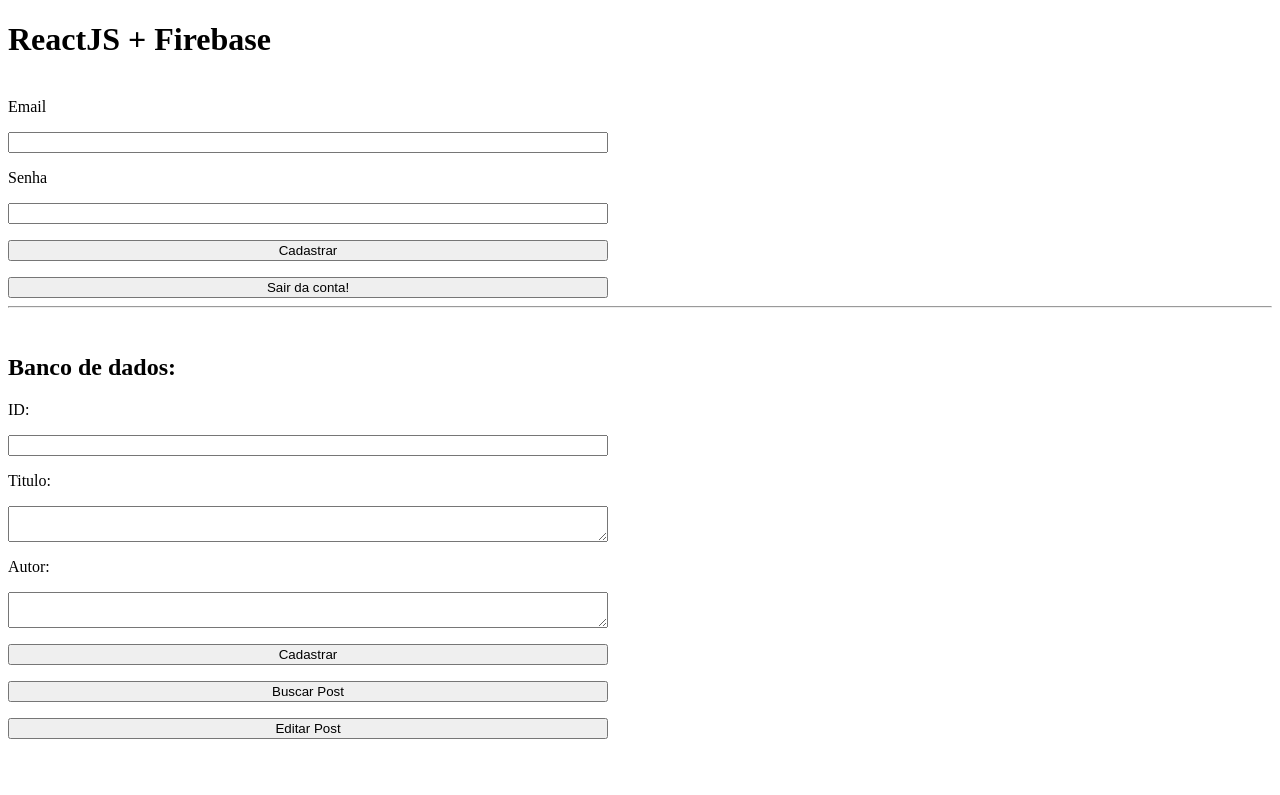
Repository: joaoaspimienta/Estudos-de-firebase
Page: /
The author's editor kept a copy of each file at every save. The page is drawn from the files as they stood at one save, then again after a run of saves.
The browser window is 1280 px wide. The pictures show the whole page.
The project was rebuilt for these pictures with package versions that can differ from the ones it lists, and the page was loaded fresh each time.

Above is the page before, as saved 2022-06-14 20:32:59.

After the next 4 saves:
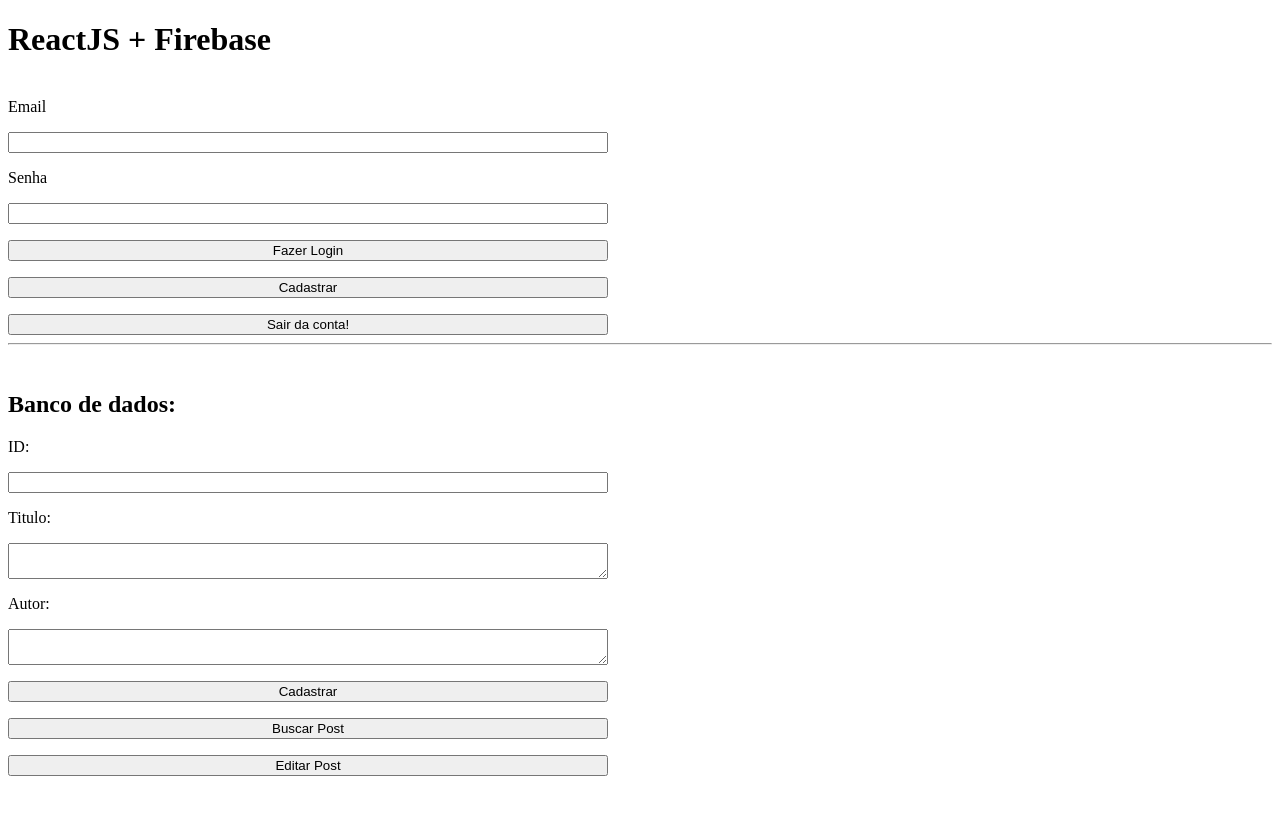
The 4 saves are shown as one change because 3 did not build or start.
The last was saved 8 min 21 s later.
--- a/src/App.js
+++ b/src/App.js
@@ -164,6 +164,14 @@
 
   async function logout() {
     await firebase.auth().signOut();
+  }
+
+  async function fazerLogin() {
+    await firebase
+      .auth()
+      .signInWithEmailAndPassword(email, senha)
+      .then(console.log(hue))
+      .catch(console.log(sefudeu));
   }
 
   return (
@@ -192,6 +200,7 @@
           value={senha}
           onChange={(e) => setSenha(e.target.value)}
         />
+        <button onClick={fazerLogin}>Fazer Login</button>
         <button onClick={novoUsuario}>Cadastrar</button>
         <button onClick={logout}>Sair da conta!</button>
       </div>
